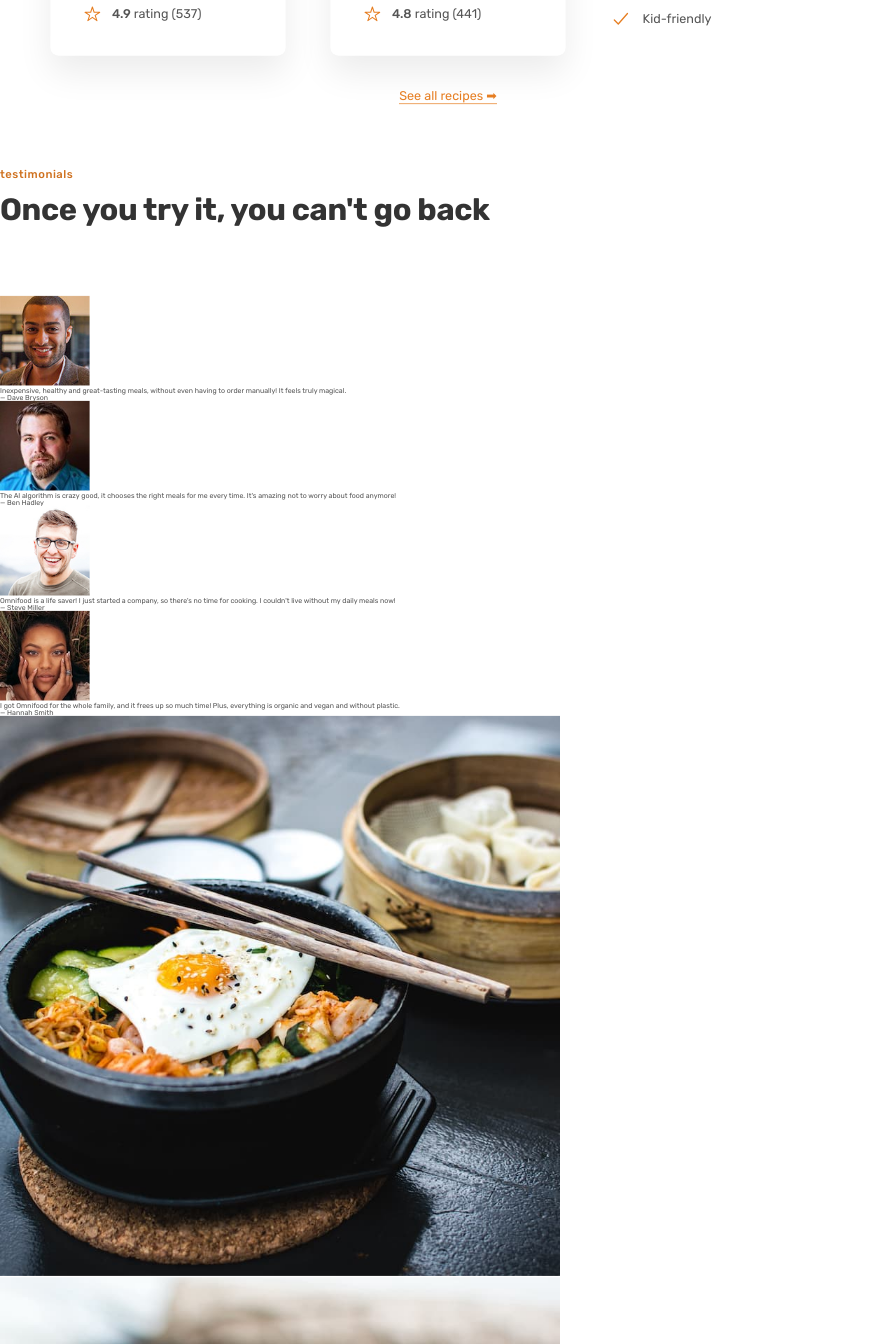
Repository: TranPhucThinh/Omnifood
Page: index.html
An editor plug-in stored every save of this project. The page is shown before and after the next save, followed by the edit.
The browser window is 1280 px wide. The pictures show the part of the page from y = 3354 to 5274 px (the page is 14001 px tall before and 14118 px after), at 70% of full size.

Above is the page before, as saved 2022-08-06 21:31:48.

After the next save:
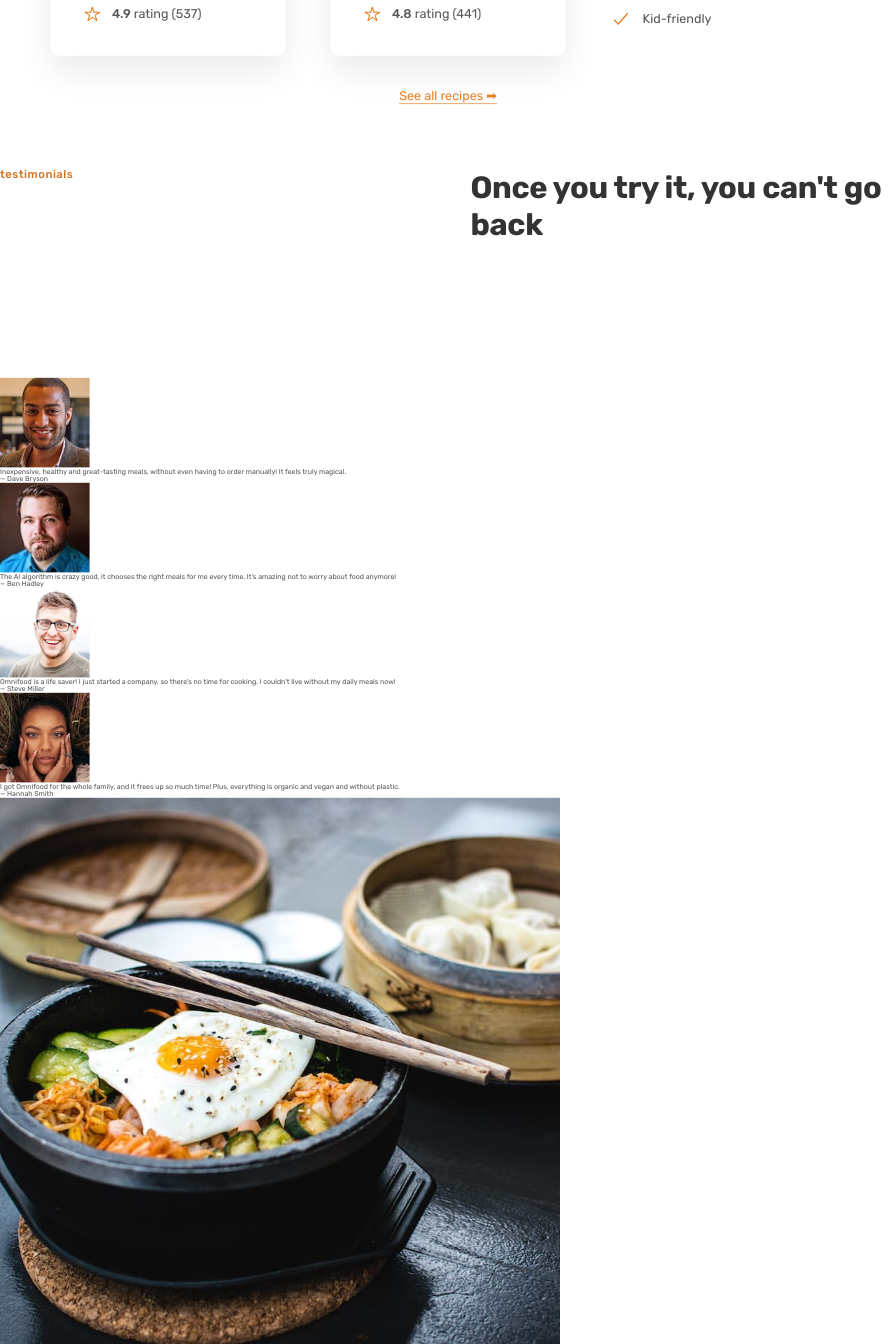
Saved 26 s later.
--- a/index.html
+++ b/index.html
@@ -243,7 +243,7 @@
 
     <!-- SECTION TESTIMONIALS -->
     <div class="section-testimonials">
-        <div class="testimonials-container">
+        <div class="testimonials-container grid grid--2-cols">
             <div class="subheading">testimonials</div>
             <div class="heading-secondary">Once you try it, you can't go back</div>
             <div class="testimonials">

After the save that followed:
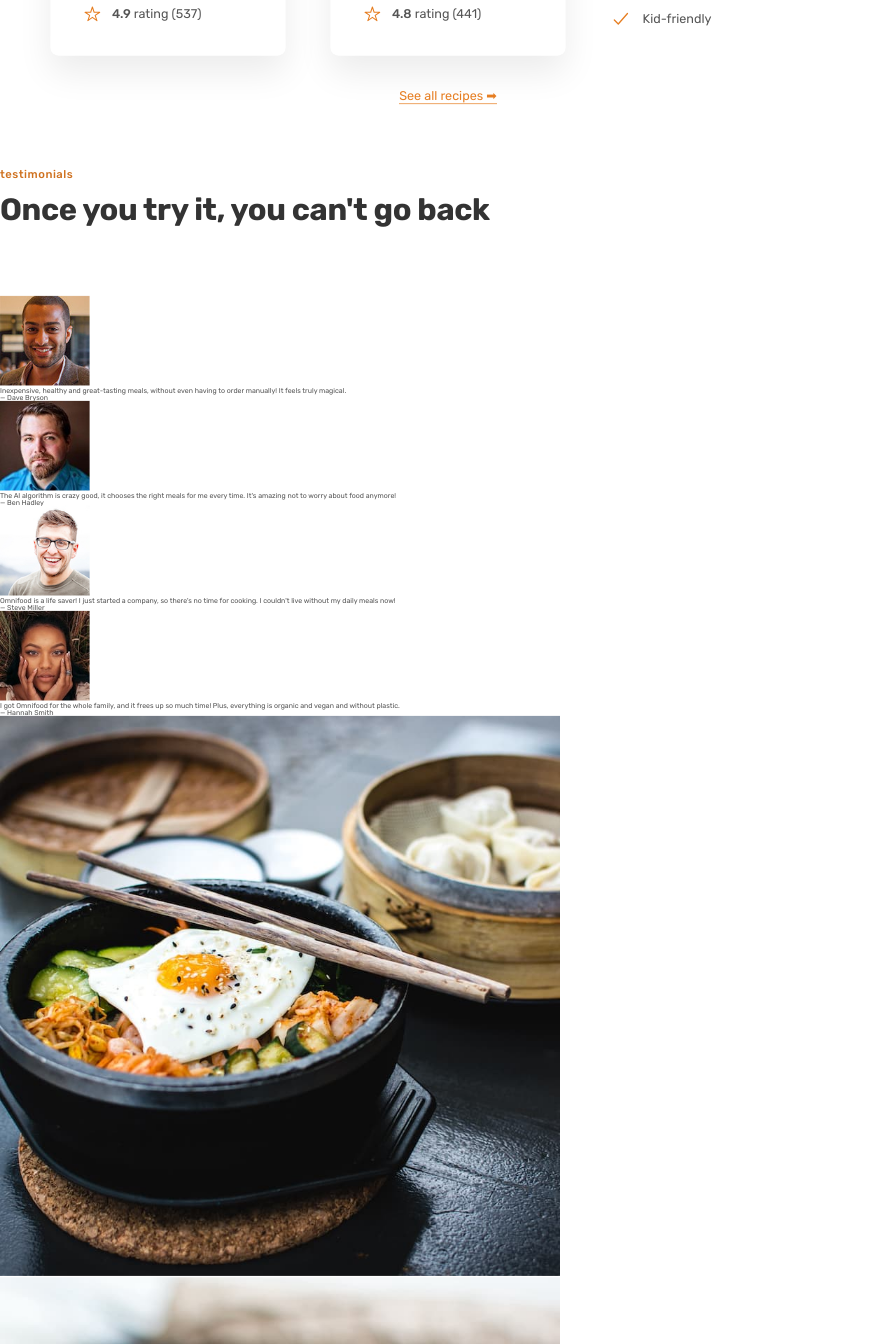
Saved 54 s later.
--- a/index.html
+++ b/index.html
@@ -243,7 +243,7 @@
 
     <!-- SECTION TESTIMONIALS -->
     <div class="section-testimonials">
-        <div class="testimonials-container grid grid--2-cols">
+        <div class="testimonials-container">
             <div class="subheading">testimonials</div>
             <div class="heading-secondary">Once you try it, you can't go back</div>
             <div class="testimonials">
